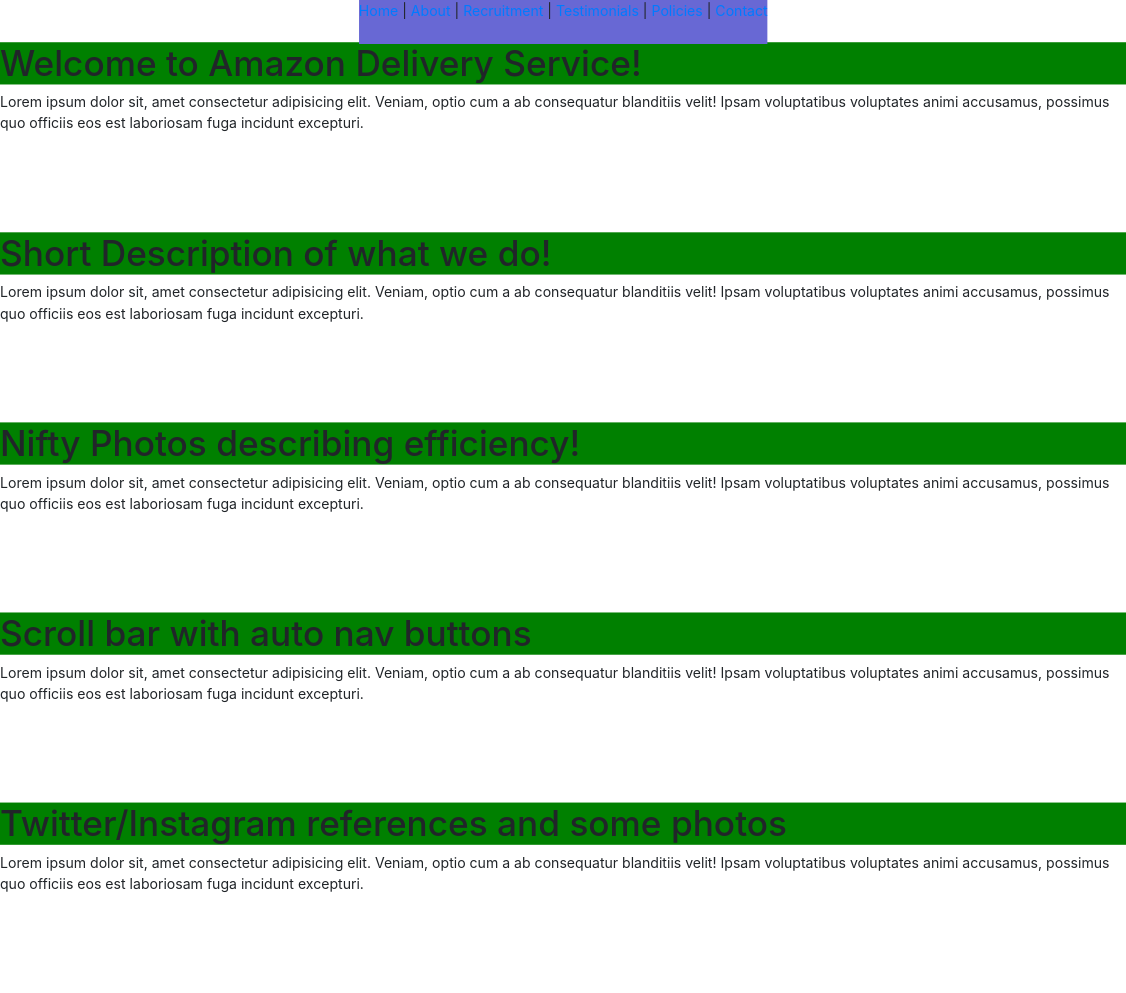
Repository: cerebrium/website
Page: /
The author's editor kept a copy of each file at every save. The page is drawn from the files as they stood at one save, then again after a run of saves.
The browser window is 1280 px wide. The pictures show the whole page, at 88% of full size.
The project was rebuilt for these pictures with package versions that can differ from the ones it lists, and the page was loaded fresh each time. Also part of the build but not shown: src/Routes/About.jsx, src/Routes/Recruitment.jsx, src/Routes/Testimonials.jsx, src/Routes/Policies.jsx, src/Routes/Contact.jsx.

Above is the page before, as saved 2019-11-02 12:21:28.

After the next 2 saves:
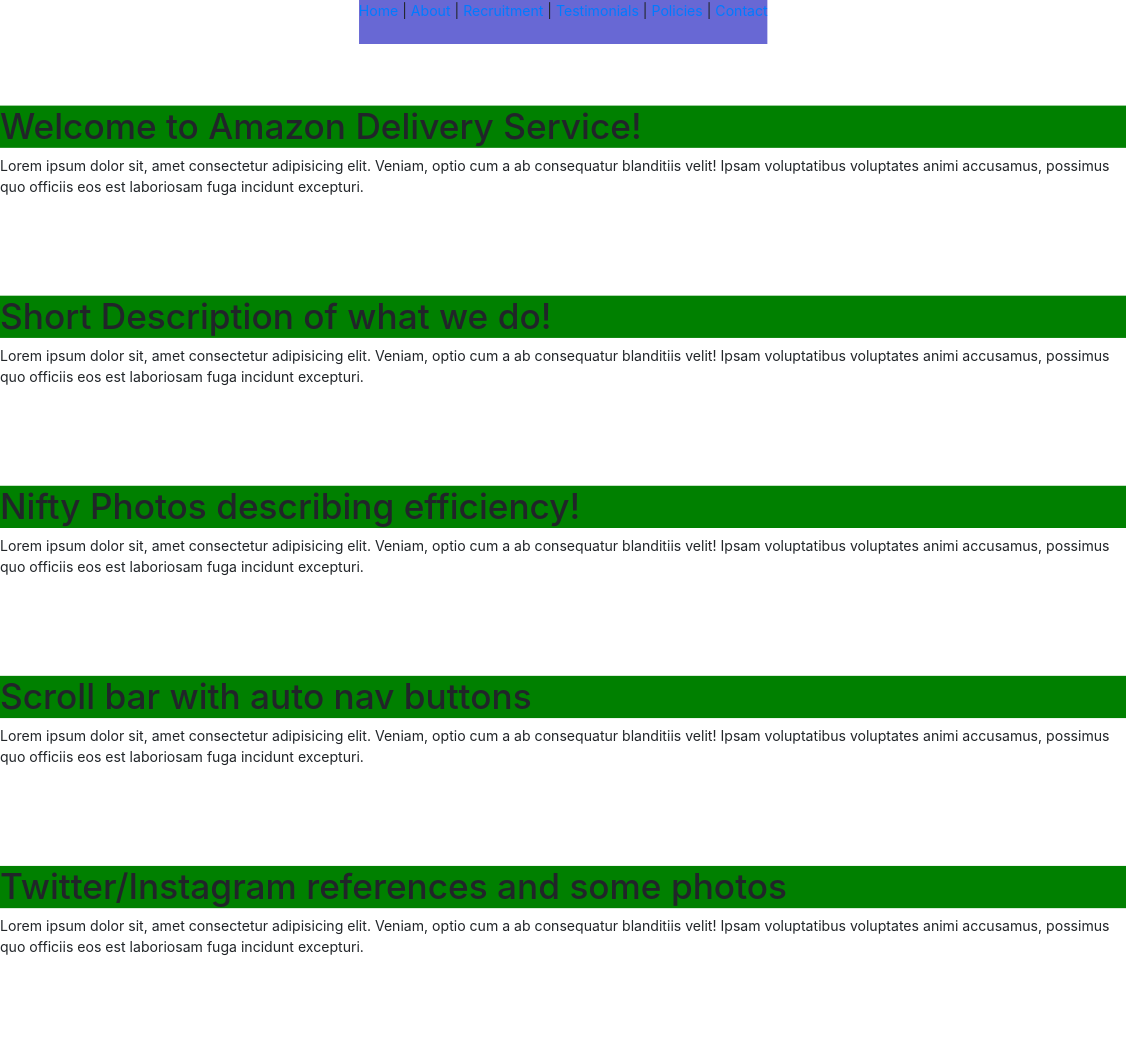
The 2 saves are shown as one change because they came seconds apart.
The last was saved 9 s later.
--- a/src/Routes/Home.jsx
+++ b/src/Routes/Home.jsx
@@ -5,10 +5,9 @@
     render () {
         return (
             <div className='mainContainer'>
-
                 <div className='rowCentering'>
                     <div className='contentCentering'>
-                        <br/><br/>
+                        <br/><br/><br/><br/><br/>
                         <h1>Welcome to Amazon Delivery Service!</h1>
                         <p>Lorem ipsum dolor sit, amet consectetur adipisicing elit. Veniam, optio cum a ab consequatur blanditiis velit! Ipsam voluptatibus voluptates animi accusamus, possimus quo officiis eos est laboriosam fuga incidunt excepturi.</p>
                         <br/><br/><br/><br/>
